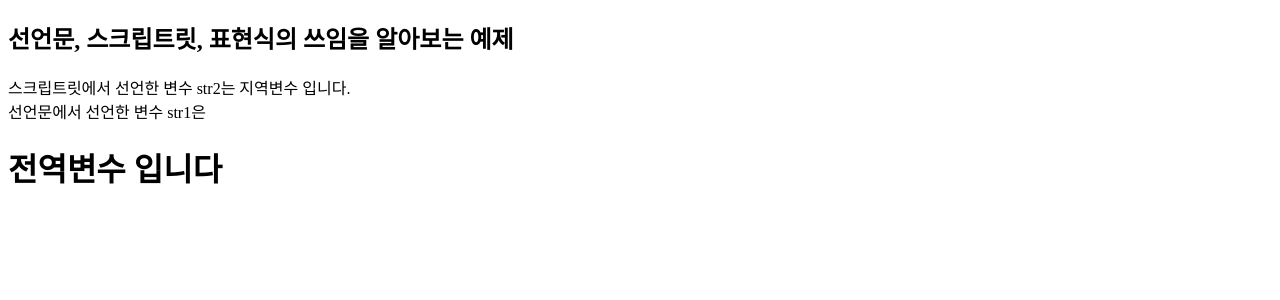
Repository: DrillND/JSP
Page: http://localhost/StudyBasicJSP/ch05/scriptTest.jsp
These files come from the project's save history. The page is drawn as it stood at one moment and after the next save; the edit follows.
The browser window is 1280 px wide. The pictures show the whole page.
The page is served by Tomcat 9.

Above is the page before, as saved 2021-07-05 06:39:50.

After the next save:
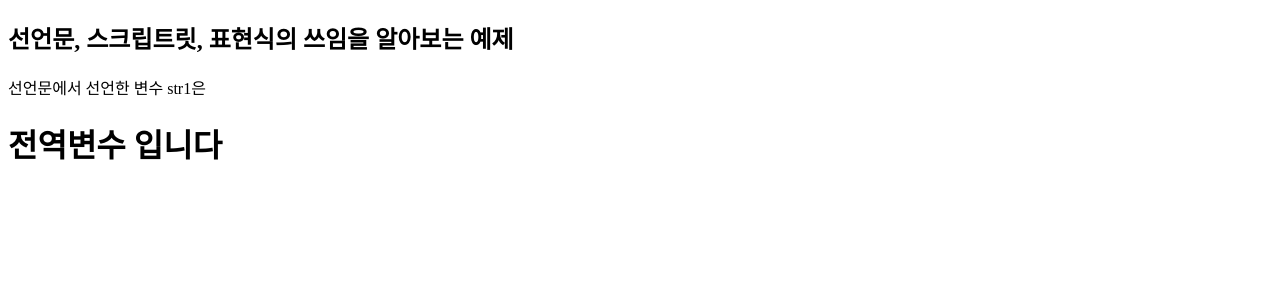
Saved 23 s later.
--- a/StudyBasicJSP/WebContent/ch05/scriptTest.jsp
+++ b/StudyBasicJSP/WebContent/ch05/scriptTest.jsp
@@ -22,7 +22,7 @@
      String str2 = "지역변수 입니다.";
   %>
 
-   스크립트릿에서 선언한 변수 str2는 <%=str2 %> <br> <!-- 표현식 -->
+<%--    스크립트릿에서 선언한 변수 str2는 <%=str2 %> <br> <!-- 표현식 --> --%>
    선언문에서 선언한 변수 str1은 <%=getStr()%> <!-- 표현식 -->
 
 </body>
